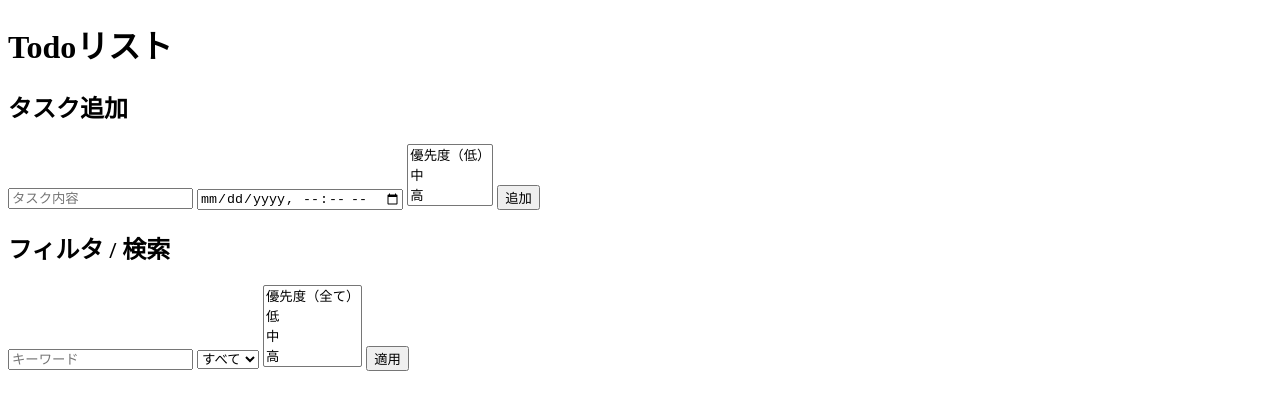
Repository: 1117wata/todo_enhanced
Page: http://localhost/
These files come from the project's save history. The page is drawn as it stood at one moment and after the next save; the edit follows.
The browser window is 1280 px wide. The pictures show the whole page.
The page is run by PHP 8.4 with error messages shown; the project is at /var/www/html/.

Above is the page before, as saved 2025-06-19 10:36:36.

After the next save:
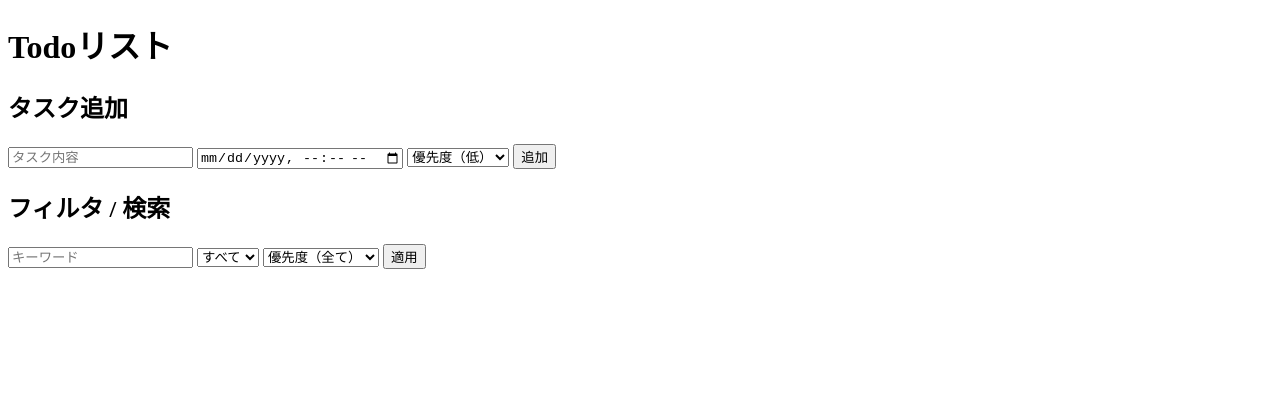
Saved 15 min 3 s later.
--- a/index.php
+++ b/index.php
@@ -11,7 +11,7 @@
         <h2>タスク追加</h2>
             <input type="text" name="task" placeholder="タスク内容">
             <input type="datetime-local" name="duedate">
-            <select name="priority" size="3">
+            <select name="priority">
                 <option value="low">優先度（低）</option>
                 <option value="medium">中</option>
                 <option value="high">高</option>
@@ -24,7 +24,7 @@
             <select name="datetime">
                 <option value="alltime">すべて</option>
             </select>
-            <select name="priority" size="4">
+            <select name="priority">
                 <option value="all">優先度（全て）</option>
                 <option value="low">低</option>
                 <option value="medium">中</option>
